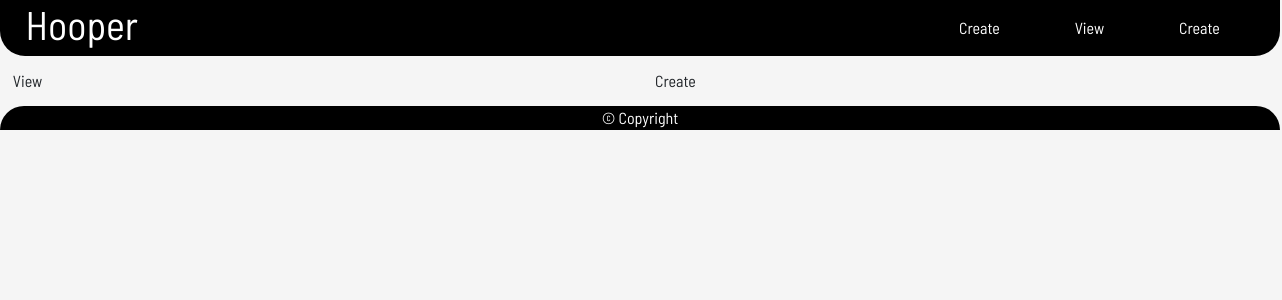
Repository: vlasarte/Hooper
Page: index.html
An editor plug-in stored every save of this project. The page is shown before and after the next save, followed by the edit.
The browser window is 1280 px wide. The page is 1282 px wide, so the pictures cover 1282 px, including what lies to the right of the window. The pictures show the whole page.

Above is the page before, as saved 2020-02-24 17:30:09.

After the next save:
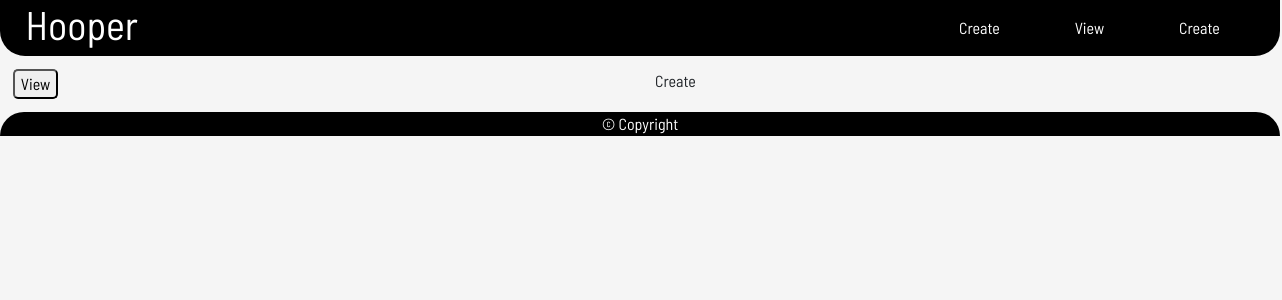
Saved 42 s later.
--- a/index.html
+++ b/index.html
@@ -41,7 +41,9 @@
         <div class="body-container">
 
             <div class="row">
-                <div class="col-6">View</div>
+                <div class="col-6">
+                    <button>View</button>
+                </div>
                 <div class="col-6">Create</div>
             </div>
         </div>
